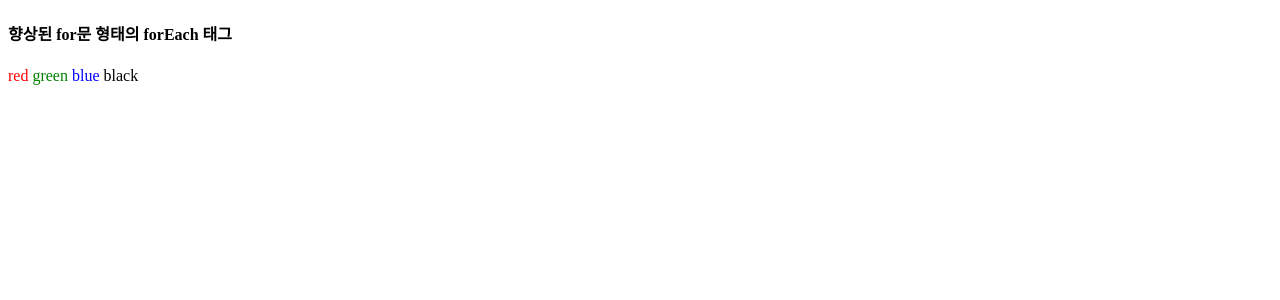
Repository: Charles0304/JSP
Page: http://localhost/MustHaveJSP/11JSTL/core/ForEachExtend1.jsp
These files come from the project's save history. The page is drawn as it stood at one moment and after the next save; the edit follows.
The browser window is 1280 px wide. The pictures show the whole page.
The page is served by Tomcat 10. Nobody is signed in. The application's start-up code is not run. Other server files are loaded and not shown.

Above is the page before, as saved 2024-04-25 03:30:26.

### MustHaveJSP/src/main/webapp/11JSTL/core/ForEachExtend1.jsp
<%@ page language="java" contentType="text/html; charset=UTF-8"
    pageEncoding="UTF-8"%>
<%@ taglib prefix = "c" uri = "jakarta.tags.core" %>
<!DOCTYPE html>
<html>
<head>
<meta charset="UTF-8">
<title>JSTL - forEach2</title>
</head>
<body>
	<h4>향상된 for문 형태의 forEach 태그</h4>
	<%
	String[] rgba = {"red", "green", "blue","black"};
	%>
	<c:forEach items = "<%= rgba %>" var="c">
		<span style = "color:${c};">${c }</span>
	</c:forEach>
</body>
</html>

After the next save:
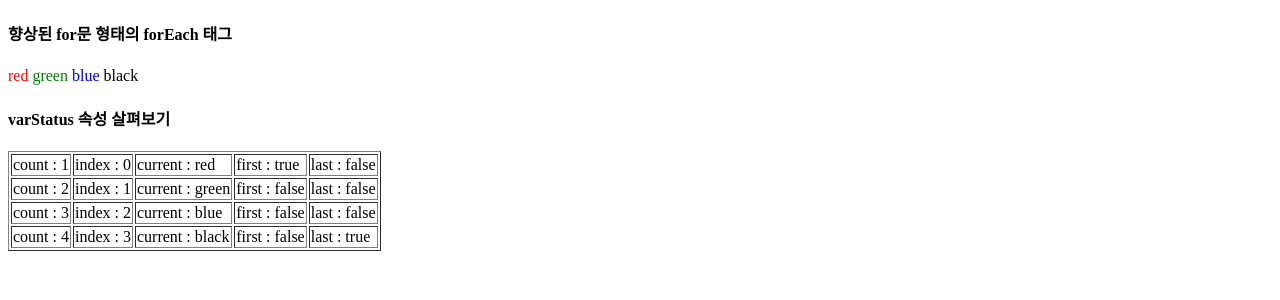
Saved 112 s later.
--- a/MustHaveJSP/src/main/webapp/11JSTL/core/ForEachExtend1.jsp
+++ b/MustHaveJSP/src/main/webapp/11JSTL/core/ForEachExtend1.jsp
@@ -15,5 +15,18 @@
 	<c:forEach items = "<%= rgba %>" var="c">
 		<span style = "color:${c};">${c }</span>
 	</c:forEach>
+
+	<h4>varStatus 속성 살펴보기</h4>
+	<table border="1">
+	<c:forEach items = "<%= rgba %>" var = "c" varStatus="loop">
+		<tr>
+			<td>count : ${loop.count }</td>
+			<td>index : ${loop.index }</td>
+			<td>current : ${loop.current }</td>
+			<td>first : ${loop.first }</td>
+			<td>last : ${loop.last }</td>
+		</tr>
+	</c:forEach>
+	</table>
 </body>
 </html>
